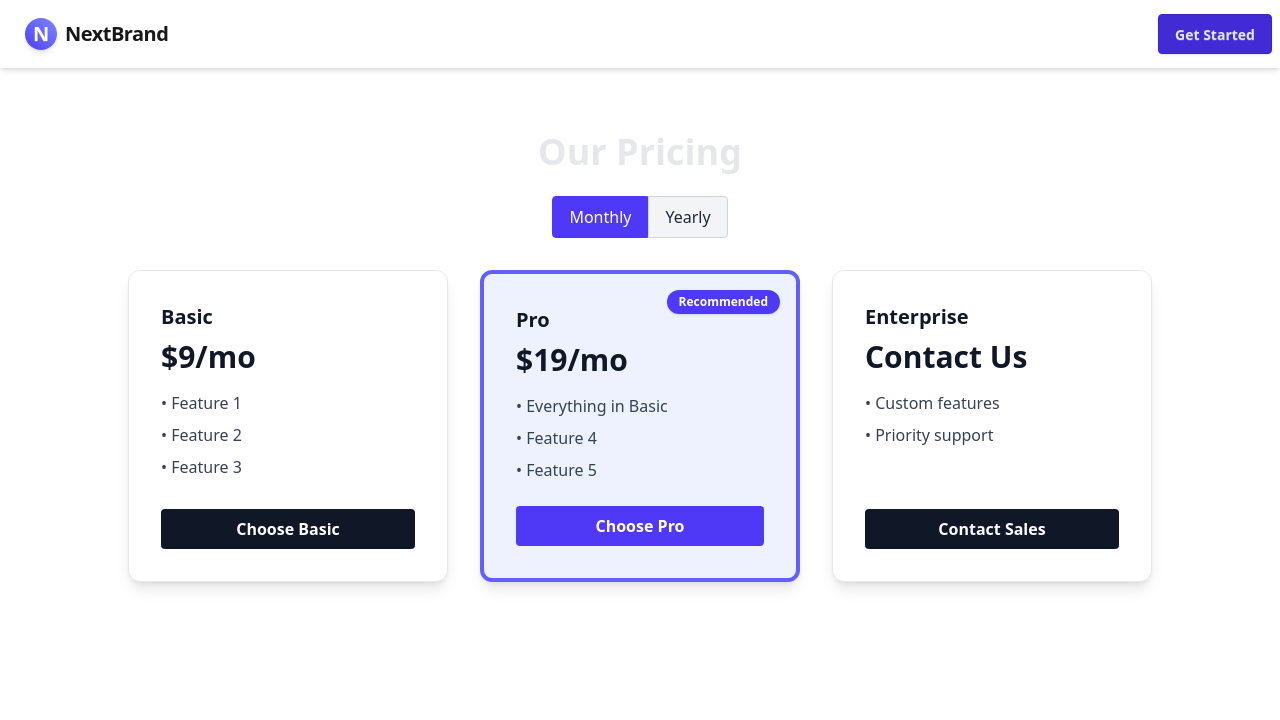
Repository: Chiranshukapil/Next_Brand
Page: /pricing
The author's editor kept a copy of each file at every save. The page is drawn from the files as they stood at one save, then again after the next save.
The browser window is 1280 px wide. The pictures show the whole page.
The project was rebuilt for these pictures with package versions that can differ from the ones it lists, and the page was loaded fresh each time. Also part of the build but not shown: vite.config.js.

Above is the page before, as saved 2025-06-18 11:26:18.

After the next save:
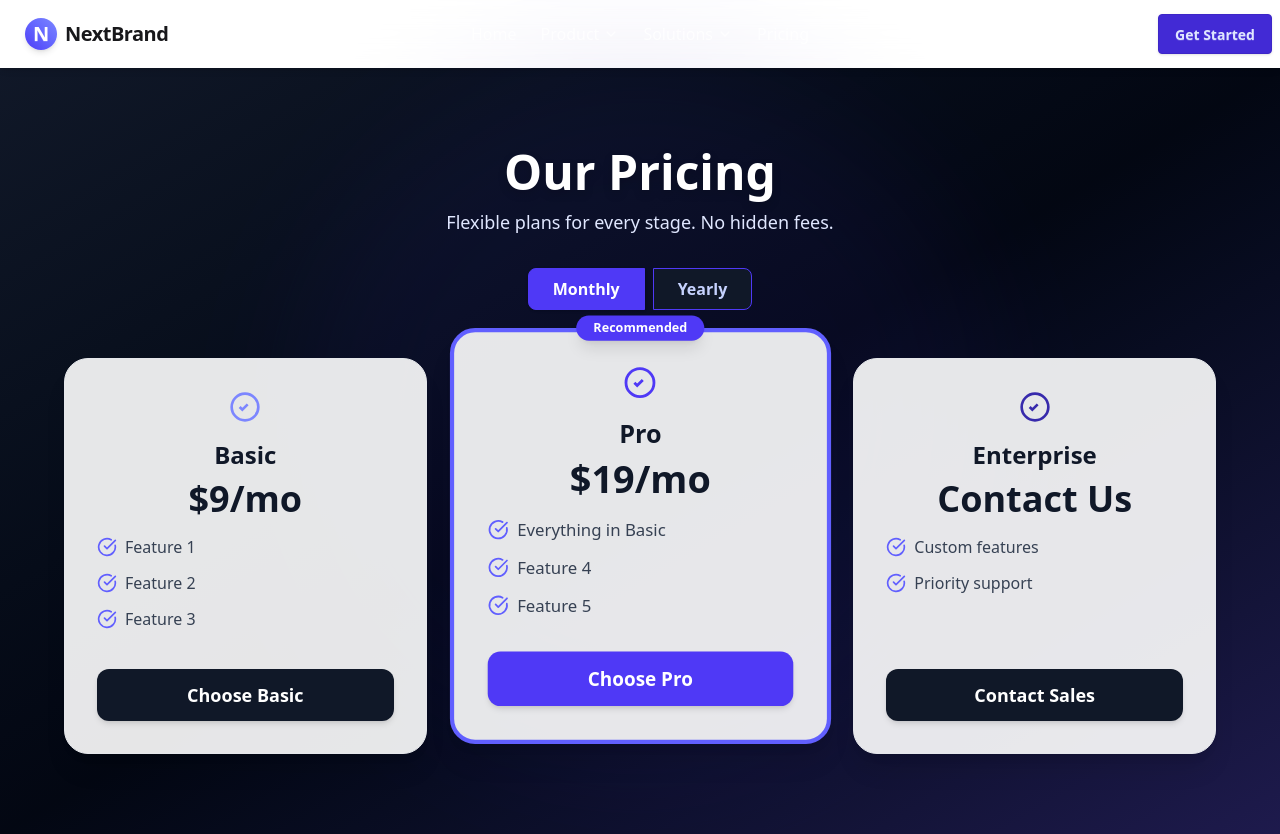
Saved 12 min 41 s later.
--- a/src/Components/PricingSection.jsx
+++ b/src/Components/PricingSection.jsx
@@ -1,24 +1,26 @@
-// src/Components/PricingSection.jsx
-
-import React, { useState } from "react";
+import { CheckCircle } from "lucide-react";
+import { useState } from "react";
 
 const plans = [
   {
     name: "Basic",
+    icon: <svg className="w-8 h-8 text-indigo-400" fill="none" stroke="currentColor" strokeWidth="2" viewBox="0 0 24 24"><circle cx="12" cy="12" r="10"/><path d="M8 12l2 2 4-4"/></svg>,
     monthly: 9,
-    yearly: 90, // 2 months free
+    yearly: 90,
     features: ["Feature 1", "Feature 2", "Feature 3"],
     recommended: false,
   },
   {
     name: "Pro",
+    icon: <svg className="w-8 h-8 text-indigo-600" fill="none" stroke="currentColor" strokeWidth="2" viewBox="0 0 24 24"><circle cx="12" cy="12" r="10"/><path d="M8 12l2 2 4-4"/></svg>,
     monthly: 19,
-    yearly: 190, // 2 months free
+    yearly: 190,
     features: ["Everything in Basic", "Feature 4", "Feature 5"],
     recommended: true,
   },
   {
     name: "Enterprise",
+    icon: <svg className="w-8 h-8 text-indigo-800" fill="none" stroke="currentColor" strokeWidth="2" viewBox="0 0 24 24"><circle cx="12" cy="12" r="10"/><path d="M8 12l2 2 4-4"/></svg>,
     monthly: null,
     yearly: null,
     features: ["Custom features", "Priority support"],
@@ -32,76 +34,79 @@ export default function PricingSection() {
 
   const displayPrice = (plan) => {
     if (plan.contact) return "Contact Us";
-    if (billing === "yearly") {
-      return `$${plan.yearly}/yr`;
-    }
+    if (billing === "yearly") return `$${plan.yearly}/yr`;
     return `$${plan.monthly}/mo`;
   };
 
   return (
-    <section
-      id="pricing"
-      className="max-w-5xl mx-auto py-16 px-4 md:px-0 scroll-mt-24"
-    >
-      <h2 className="text-3xl md:text-4xl font-bold text-center mb-6 text-gray-200">
-        Our Pricing
-      </h2>
-      {/* Billing toggle */}
-      <div className="flex justify-center mb-8">
-        <button
-          className={`px-4 py-2 rounded-l border font-medium transition-colors ${
-            billing === "monthly"
-              ? "bg-indigo-600 text-white border-indigo-600"
-              : "bg-gray-100 text-gray-800 border-gray-300"
-          }`}
-          onClick={() => setBilling("monthly")}
-        >
-          Monthly
-        </button>
-        <button
-          className={`px-4 py-2 rounded-r border font-medium transition-colors ${
-            billing === "yearly"
-              ? "bg-indigo-600 text-white border-indigo-600"
-              : "bg-gray-100 text-gray-800 border-gray-300"
-          }`}
-          onClick={() => setBilling("yearly")}
-        >
-          Yearly
-        </button>
-      </div>
-      <div className="grid gap-8 md:grid-cols-3">
-        {plans.map((plan) => (
-          <div
-            key={plan.name}
-            className={`relative flex flex-col p-8 rounded-xl shadow-lg transition-transform hover:scale-105 ${
-              plan.recommended
-                ? "border-4 border-indigo-500 bg-indigo-50"
-                : "bg-white border border-gray-200"
+    <section className="relative py-20 px-4 md:px-0 bg-gradient-to-br from-gray-900 via-gray-950 to-indigo-950 min-h-[100vh]">
+      {/* Decorative background shapes */}
+      <div className="absolute top-0 left-1/2 -translate-x-1/2 w-[700px] h-[700px] rounded-full bg-indigo-800 opacity-10 blur-3xl pointer-events-none"></div>
+      <div className="relative z-10 max-w-6xl mx-auto">
+        <h2 className="text-4xl md:text-5xl font-extrabold text-center mb-3 text-white drop-shadow-lg">Our Pricing</h2>
+        <p className="text-center text-indigo-100 mb-8 text-lg">Flexible plans for every stage. No hidden fees.</p>
+        {/* Billing toggle */}
+        <div className="flex justify-center mb-12 gap-2">
+          <button
+            className={`px-6 py-2 rounded-l-lg font-semibold transition-colors duration-200 border border-indigo-600 focus:outline-none ${
+              billing === "monthly"
+                ? "bg-indigo-600 text-white shadow"
+                : "bg-gray-900 text-indigo-200 hover:bg-indigo-700/20"
             }`}
+            onClick={() => setBilling("monthly")}
           >
-            {plan.recommended && (
-              <span className="absolute top-4 right-4 bg-indigo-600 text-white text-xs px-3 py-1 rounded-full font-semibold shadow">
-                Recommended
-              </span>
-            )}
-            <h3 className="text-xl font-semibold mb-2 text-gray-900">{plan.name}</h3>
-            <div className="text-3xl font-bold mb-4 text-gray-900">{displayPrice(plan)}</div>
-            <ul className="flex-1 mb-6 space-y-2 text-gray-700">
-              {plan.features.map((f) => (
-                <li key={f}>• {f}</li>
-              ))}
-            </ul>
-            <button
-              className={`py-2 px-4 rounded font-semibold transition-colors ${
+            Monthly
+          </button>
+          <button
+            className={`px-6 py-2 rounded-r-lg font-semibold transition-colors duration-200 border border-indigo-600 focus:outline-none ${
+              billing === "yearly"
+                ? "bg-indigo-600 text-white shadow"
+                : "bg-gray-900 text-indigo-200 hover:bg-indigo-700/20"
+            }`}
+            onClick={() => setBilling("yearly")}
+          >
+            Yearly
+          </button>
+        </div>
+        <div className="grid md:grid-cols-3 gap-8 items-stretch">
+          {plans.map((plan, idx) => (
+            <div
+              key={plan.name}
+              className={`relative flex flex-col p-8 rounded-3xl border transition-transform duration-200 bg-white/90 shadow-xl hover:scale-[1.03] ${
                 plan.recommended
-                  ? "bg-indigo-600 text-white hover:bg-indigo-700"
-                  : "bg-gray-900 text-white hover:bg-gray-800"
+                  ? "border-4 border-indigo-500 bg-indigo-50 z-20 scale-105 shadow-2xl"
+                  : "border-gray-200"
               }`}
+              style={plan.recommended ? { top: '-20px' } : {}}
             >
-              {plan.contact ? "Contact Sales" : `Choose ${plan.name}`}
-            </button>
-          </div>
-        ))}
+              {plan.recommended && (
+                <span className="absolute -top-4 left-1/2 -translate-x-1/2 bg-indigo-600 text-white text-xs px-4 py-1 rounded-full font-semibold shadow-lg z-30">
+                  Recommended
+                </span>
+              )}
+              <div className="flex justify-center mb-4">{plan.icon}</div>
+              <h3 className="text-2xl font-bold mb-2 text-gray-900 text-center">{plan.name}</h3>
+              <div className="text-4xl font-extrabold mb-4 text-center text-gray-900">{displayPrice(plan)}</div>
+              <ul className="flex-1 mb-8 space-y-3 text-gray-700">
+                {plan.features.map((f) => (
+                  <li key={f} className="flex items-center gap-2">
+                    <CheckCircle className="w-5 h-5 text-indigo-500" />
+                    <span>{f}</span>
+                  </li>
+                ))}
+              </ul>
+              <button
+                className={`py-3 px-6 rounded-xl font-semibold text-lg transition-all duration-200 shadow-md focus:outline-none ${
+                  plan.recommended
+                    ? "bg-indigo-600 text-white hover:bg-indigo-700"
+                    : "bg-gray-900 text-white hover:bg-indigo-600"
+                }`}
+              >
+                {plan.contact ? "Contact Sales" : `Choose ${plan.name}`}
+              </button>
+            </div>
+          ))}
+        </div>
       </div>
     </section>
   );
